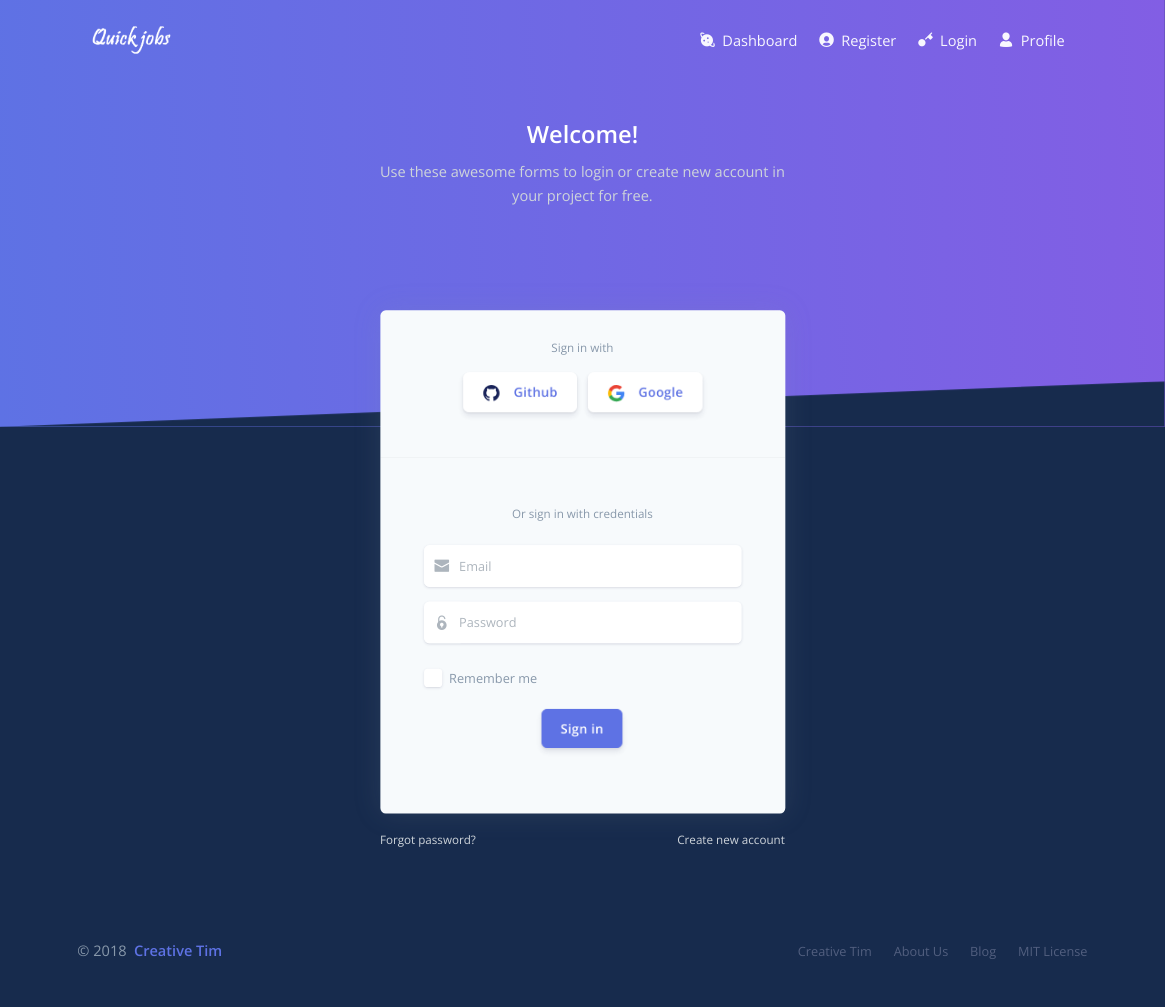
Repository: ROCKY-SAM/laravelAdmin
Page: http://localhost/login
An editor plug-in stored every save of this project. The page is shown before and after the next save, followed by the edit.
The browser window is 1280 px wide. The pictures show the whole page, at 91% of full size.
The page is served by the project's Laravel application, run on PHP 8.4 with Laravel 8. Other server files are loaded and not shown.

Above is the page before, as saved 2018-11-18 08:56:52.

### resources/views/auth/login.blade.php
<!DOCTYPE html>
<html>

<head>
  <meta charset="utf-8">
  <meta name="viewport" content="width=device-width, initial-scale=1, shrink-to-fit=no">
  <meta name="description" content="Start your development with a Dashboard for Bootstrap 4.">
  <meta name="author" content="Creative Tim">
  <title>Argon Dashboard - Free Dashboard for Bootstrap 4</title>
  <!-- Favicon -->
  <link href="{{URL::asset('img/brand/favicon.png')}}" rel="icon" type="image/png">
  <!-- Fonts -->
  <link href="https://fonts.googleapis.com/css?family=Open+Sans:300,400,600,700" rel="stylesheet">
  <!-- Icons -->
  <link href="{{URL::asset('vendor/nucleo/css/nucleo.css')}}" rel="stylesheet">
  <link href="{{URL::asset('vendor/@fortawesome/fontawesome-free/css/all.min.css')}}" rel="stylesheet">
  <!-- Argon CSS -->
  <link type="text/css" href="{{URL::asset('css/argon.css?v=1.0.0')}}" rel="stylesheet">
</head>

<body class="bg-default">
  <div class="main-content">
    <!-- Navbar -->
    <nav class="navbar navbar-top navbar-horizontal navbar-expand-md navbar-dark">
      <div class="container px-4">
        <a class="navbar-brand" href="../index.html">
          <img src="{{URL::asset('img/brand/white.png')}}" />
        </a>
        <button class="navbar-toggler" type="button" data-toggle="collapse" data-target="#navbar-collapse-main" aria-controls="navbarSupportedContent" aria-expanded="false" aria-label="Toggle navigation">
          <span class="navbar-toggler-icon"></span>
        </button>
        <div class="collapse navbar-collapse" id="navbar-collapse-main">
          <!-- Collapse header -->
          <div class="navbar-collapse-header d-md-none">
            <div class="row">
              <div class="col-6 collapse-brand">
                <a href="../index.html">
                  <img src="{{URL::asset('img/brand/blue.png')}}">
                </a>
              </div>
              <div class="col-6 collapse-close">
                <button type="button" class="navbar-toggler" data-toggle="collapse" data-target="#navbar-collapse-main" aria-controls="sidenav-main" aria-expanded="false" aria-label="Toggle sidenav">
                  <span></span>
                  <span></span>
                </button>
              </div>
            </div>
          </div>
          <!-- Navbar items -->
          <ul class="navbar-nav ml-auto">
            <li class="nav-item">
              <a class="nav-link nav-link-icon" href="../index.html">
                <i class="ni ni-planet"></i>
                <span class="nav-link-inner--text">Dashboard</span>
              </a>
            </li>
            <li class="nav-item">
              <a class="nav-link nav-link-icon" href="../examples/register.html">
                <i class="ni ni-circle-08"></i>
                <span class="nav-link-inner--text">Register</span>
              </a>
            </li>
            <li class="nav-item">
              <a class="nav-link nav-link-icon" href="../examples/login.html">
                <i class="ni ni-key-25"></i>
                <span class="nav-link-inner--text">Login</span>
              </a>
            </li>
            <li class="nav-item">
              <a class="nav-link nav-link-icon" href="../examples/profile.html">
                <i class="ni ni-single-02"></i>
                <span class="nav-link-inner--text">Profile</span>
              </a>
            </li>
          </ul>
        </div>
      </div>
    </nav>
    <!-- Header -->
    <div class="header bg-gradient-primary py-7 py-lg-8">
      <div class="container">
        <div class="header-body text-center mb-7">
          <div class="row justify-content-center">
            <div class="col-lg-5 col-md-6">
              <h1 class="text-white">Welcome!</h1>
              <p class="text-lead text-light">Use these awesome forms to login or create new account in your project for free.</p>
            </div>
          </div>
        </div>
      </div>
      <div class="separator separator-bottom separator-skew zindex-100">
        <svg x="0" y="0" viewBox="0 0 2560 100" preserveAspectRatio="none" version="1.1" xmlns="http://www.w3.org/2000/svg">
          <polygon class="fill-default" points="2560 0 2560 100 0 100"></polygon>
        </svg>
      </div>
    </div>
    <!-- Page content -->
    <div class="container mt--8 pb-5">
      <div class="row justify-content-center">
        <div class="col-lg-5 col-md-7">
          <div class="card bg-secondary shadow border-0">
            <div class="card-header bg-transparent pb-5">
              <div class="text-muted text-center mt-2 mb-3"><small>Sign in with</small></div>
              <div class="btn-wrapper text-center">
                <a href="#" class="btn btn-neutral btn-icon">
                  <span class="btn-inner--icon"><img src="{{URL::asset('img/icons/common/github.svg')}}"></span>
                  <span class="btn-inner--text">Github</span>
                </a>
                <a href="#" class="btn btn-neutral btn-icon">
                  <span class="btn-inner--icon"><img src="{{URL::asset('img/icons/common/google.svg')}}"></span>
                  <span class="btn-inner--text">Google</span>
                </a>
              </div>
            </div>
            <div class="card-body px-lg-5 py-lg-5">
              <div class="text-center text-muted mb-4">
                <small>Or sign in with credentials</small>
              </div>
              <form role="form">
                <div class="form-group mb-3">
                  <div class="input-group input-group-alternative">
                    <div class="input-group-prepend">
                      <span class="input-group-text"><i class="ni ni-email-83"></i></span>
                    </div>
                    <input class="form-control" placeholder="Email" type="email">
                  </div>
                </div>
                <div class="form-group">
                  <div class="input-group input-group-alternative">
                    <div class="input-group-prepend">
                      <span class="input-group-text"><i class="ni ni-lock-circle-open"></i></span>
                    </div>
                    <input class="form-control" placeholder="Password" type="password">
                  </div>
                </div>
                <div class="custom-control custom-control-alternative custom-checkbox">
                  <input class="custom-control-input" id=" customCheckLogin" type="checkbox">
                  <label class="custom-control-label" for=" customCheckLogin">
                    <span class="text-muted">Remember me</span>
                  </label>
                </div>
                <div class="text-center">
                  <button type="button" class="btn btn-primary my-4">Sign in</button>
                </div>
              </form>
            </div>
          </div>
          <div class="row mt-3">
            <div class="col-6">
              <a href="#" class="text-light"><small>Forgot password?</small></a>
            </div>
            <div class="col-6 text-right">
              <a href="#" class="text-light"><small>Create new account</small></a>
            </div>
          </div>
        </div>
      </div>
    </div>
  </div>
  <!-- Footer -->
  <footer class="py-5">
    <div class="container">
      <div class="row align-items-center justify-content-xl-between">
        <div class="col-xl-6">
          <div class="copyright text-center text-xl-left text-muted">
            &copy; 2018 <a href="https://www.creative-tim.com" class="font-weight-bold ml-1" target="_blank">Creative Tim</a>
          </div>
        </div>
        <div class="col-xl-6">
          <ul class="nav nav-footer justify-content-center justify-content-xl-end">
            <li class="nav-item">
              <a href="https://www.creative-tim.com" class="nav-link" target="_blank">Creative Tim</a>
            </li>
            <li class="nav-item">
              <a href="https://www.creative-tim.com/presentation" class="nav-link" target="_blank">About Us</a>
            </li>
            <li class="nav-item">
              <a href="http://blog.creative-tim.com" class="nav-link" target="_blank">Blog</a>
            </li>
            <li class="nav-item">
              <a href="https://github.com/creativetimofficial/argon-dashboard/blob/master/LICENSE.md" class="nav-link" target="_blank">MIT License</a>
            </li>
          </ul>
        </div>
      </div>
    </div>
  </footer>
  <!-- Argon Scripts -->
  <!-- Core -->
  <script src="{{URL::asset('vendor/jquery/dist/jquery.min.js')}}"></script>
  <script src="{{URL::asset('vendor/bootstrap/dist/js/bootstrap.bundle.min.js')}}"></script>
  <!-- Argon JS -->
  <script src="{{URL::asset('js/argon.js?v=1.0.0')}}"></script>
</body>

</html>

Loaded but not shown: routes/web.php (common file); app/Http/Controllers/Auth/LoginController.php (common file); app/Http/Controllers/Controller.php (common file); public/css/argon.css (library); public/img/icons/common/google.svg (17 lines, source omitted); public/img/icons/common/github.svg (12 lines, source omitted); public/js/argon.js (1063 lines, source omitted)

After the next save:
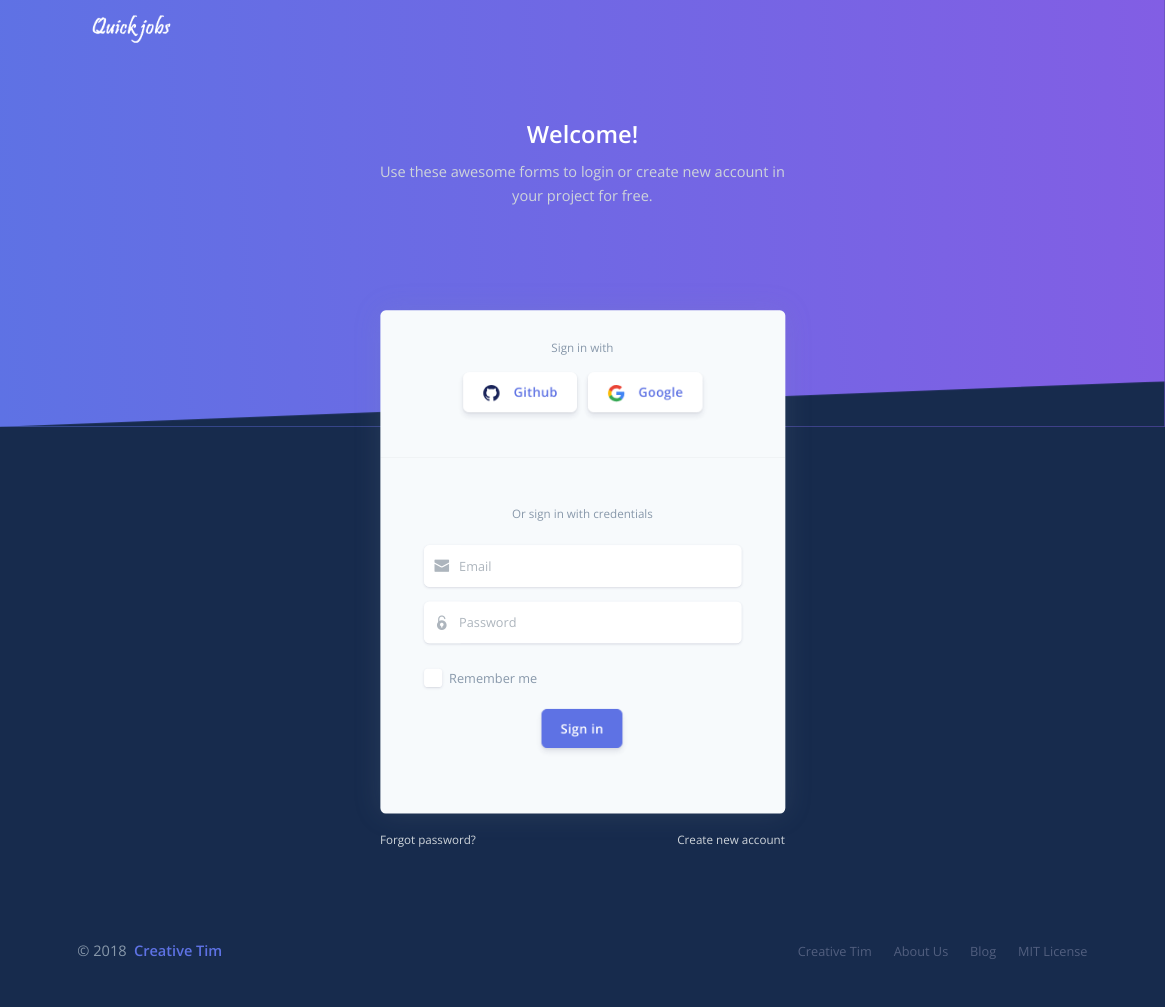
Saved 2 min 3 s later.
--- a/resources/views/auth/login.blade.php
+++ b/resources/views/auth/login.blade.php
@@ -47,32 +47,7 @@
             </div>
           </div>
           <!-- Navbar items -->
-          <ul class="navbar-nav ml-auto">
-            <li class="nav-item">
-              <a class="nav-link nav-link-icon" href="../index.html">
-                <i class="ni ni-planet"></i>
-                <span class="nav-link-inner--text">Dashboard</span>
-              </a>
-            </li>
-            <li class="nav-item">
-              <a class="nav-link nav-link-icon" href="../examples/register.html">
-                <i class="ni ni-circle-08"></i>
-                <span class="nav-link-inner--text">Register</span>
-              </a>
-            </li>
-            <li class="nav-item">
-              <a class="nav-link nav-link-icon" href="../examples/login.html">
-                <i class="ni ni-key-25"></i>
-                <span class="nav-link-inner--text">Login</span>
-              </a>
-            </li>
-            <li class="nav-item">
-              <a class="nav-link nav-link-icon" href="../examples/profile.html">
-                <i class="ni ni-single-02"></i>
-                <span class="nav-link-inner--text">Profile</span>
-              </a>
-            </li>
-          </ul>
+
         </div>
       </div>
     </nav>
